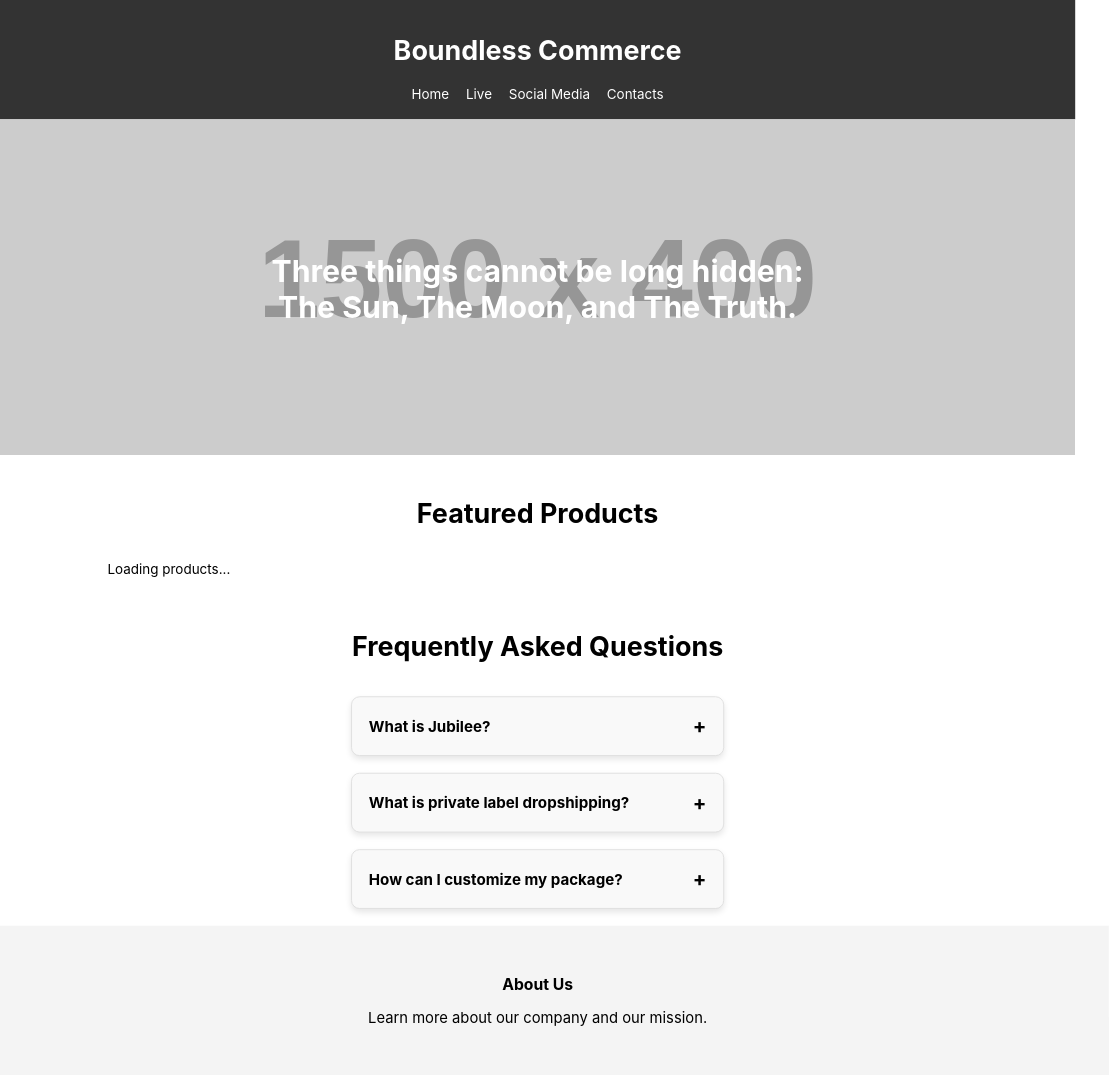
Repository: Nn-Exe/chunar-ecommerce
Page: / (app in ecommerce-frontend/)
An editor plug-in stored every save of this project. The page is shown before and after the next save, followed by the edit.
The browser window is 1280 px wide. The page is 1320 px wide, so the pictures cover 1320 px, including what lies to the right of the window. The pictures show the whole page, at 84% of full size.
The page's requests for data from a server got no answer. The project was rebuilt for these pictures with package versions that can differ from the ones it lists, and the page was loaded fresh each time. No one was signed in, and anything a server would have sent is missing.

Above is the page before, as saved 2024-09-11 14:47:44.

After the next save:
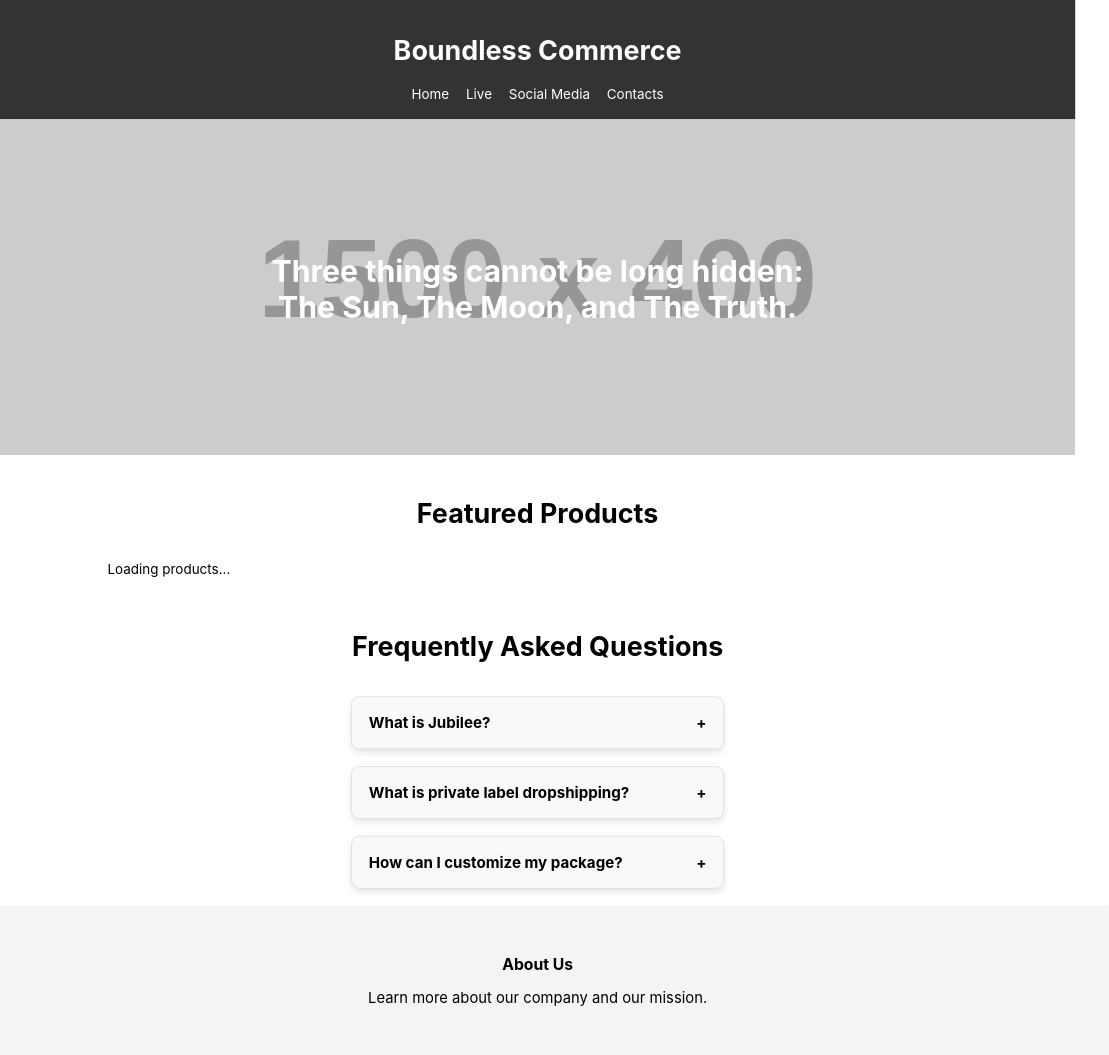
Saved 18 s later.
--- a/ecommerce-frontend/src/App.css
+++ b/ecommerce-frontend/src/App.css
@@ -214,7 +214,7 @@ nav ul li a {
 
 /* Style the icon for toggling */
 .icon {
-  font-size: 24px;
+  font-size: 18px;
   font-weight: bold;
   transition: transform 0.3s ease; /* Smoothly rotate the icon */
 }
